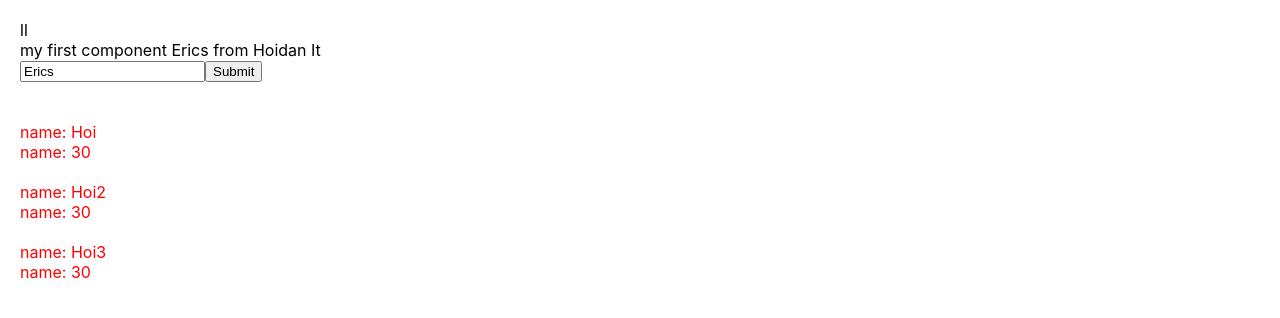
Repository: tvvn12/React-demo
Page: /
These files come from the project's save history. The page is drawn as it stood at one moment and after the next save; the edit follows.
The browser window is 1280 px wide. The pictures show the whole page.
The project was rebuilt for these pictures with package versions that can differ from the ones it lists, and the page was loaded fresh each time.

Above is the page before, as saved 2024-03-05 14:37:28.

### src/index.js
import React from "react";
import ReactDOM from "react-dom/client";
import App from "./App";
import reportWebVitals from "./reportWebVitals";
import { Provider } from "react-redux";
import store from "./redux/store";

const root = ReactDOM.createRoot(document.getElementById("root"));
root.render(
  <Provider store={store}>
    <App />
  </Provider>
);

// If you want to start measuring performance in your app, pass a function
// to log results (for example: reportWebVitals(console.log))
// or send to an analytics endpoint. Learn more: https://bit.ly/CRA-vitals
reportWebVitals();

### src/App.js
import React from "react";
import MyComponent from "./components/MyComponent";
import "./App.css";
class App extends React.Component {
  render() {
    return (
      <div className="App">
        ll
        <MyComponent></MyComponent>
      </div>
    );
  }
}
// const App = () => {
//   //   return (
//   //     <div className="App">
//   //       ll
//   //       <MyComponent></MyComponent>
//   //     </div>
//   //   );
//   // };
// };
// const App = () => {
//   return (
//     <div className="App">
//       ll
//       <MyComponent></MyComponent>
//     </div>
//   );
// };

export default App;

### src/components/MyComponent.js
import React from "react";
import UserInfo from "./UserInfor";
import DisplayInfo from "./DisplayInfo";

class MyComponent extends React.Component {
  state = {
    listUsers: [
      {
        id: 1,
        name: "Hoi",
        age: "30",
      },
      {
        id: 2,
        name: "Hoi2",
        age: "30",
      },
      {
        id: 3,
        name: "Hoi3",
        age: "30",
      },
    ],
  };
  render() {
    return (
      <div>
        <UserInfo />
        <br />
        <br />

        <DisplayInfo users={this.state.listUsers}></DisplayInfo>
      </div>
    );
  }
}

export default MyComponent;

### src/App.css
body {
  padding: 20px;
  margin: 0;
  font-family: -apple-system, BlinkMacSystemFont, "Segoe UI", "Roboto", "Oxygen",
    "Ubuntu", "Cantarell", "Fira Sans", "Droid Sans", "Helvetica Neue",
    sans-serif;
  -webkit-font-smoothing: antialiased;
  -moz-osx-font-smoothing: grayscale;
}

code {
  font-family: source-code-pro, Menlo, Monaco, Consolas, "Courier New",
    monospace;
}

/*  */
.red {
  color: red;
}
.green {
  color: green;
}
.App-logo {
  height: 40vmin;
  pointer-events: none;
}

@media (prefers-reduced-motion: no-preference) {
  .App-logo {
    animation: App-logo-spin infinite 20s linear;
  }
}

.App-header {
  background-color: #282c34;
  min-height: 100vh;
  display: flex;
  flex-direction: column;
  align-items: center;
  justify-content: center;
  font-size: calc(10px + 2vmin);
  color: white;
}

.App-link {
  color: #61dafb;
}

@keyframes App-logo-spin {
  from {
    transform: rotate(0deg);
  }
  to {
    transform: rotate(360deg);
  }
}

### src/components/UserInfor.js
import React from "react";

class UserInfo extends React.Component {
  state = {
    name: "Erics",
    address: "Hoidan It",
    age: 26,
  };
  // handleClick(event) {
  //   console.log(event);
  // }
  // handleMouse(event) {
  //   console.log(event.pageX);
  // }
  handleOnchange(event) {
    console.log(event, event.target.value);
    this.setState({
      name: event.target.value,
    });
  }
  handleOnSubmit(e) {
    e.preventDefault();
    // console.log(e);
    console.log(this.state);
  }
  render() {
    return (
      <div className="">
        my first component {this.state.name} from {this.state.address}
        {/* <button onMouseOver={this.handleMouse} onClick={this.handleClick}>
          Click me
        </button> */}
        <form action="" onSubmit={(e) => this.handleOnSubmit(e)}>
          <input
            value={this.state.name}
            onChange={(event) => this.handleOnchange(event)}
            type="text"
            name=""
            id=""
          />
          <button>Submit</button>
        </form>
      </div>
    );
  }
}
export default UserInfo;

### src/components/DisplayInfo.js
import React from "react";

class DisplayInfo extends React.Component {
  state = {};
  render() {
    const { users } = this.props;

    console.log(this.props);
    return (
      <div>
        {users.map((item, index) => {
          return (
            <div key={item.id} className={+item.age > 18 ? "red" : "green"}>
              <div className="">name: {item.name}</div>
              <div className="">name: {item.age}</div>
              <br />
            </div>
          );
        })}
      </div>
    );
  }
}

export default DisplayInfo;

Loaded but not shown: public/index.html (common file); src/reportWebVitals.js (common file); src/redux/store.js (common file); src/redux/reducer/rootReducer.js (common file); src/redux/reducer/counterReducer.js (common file); src/redux/action/counterAction.js (common file)

After the next save:
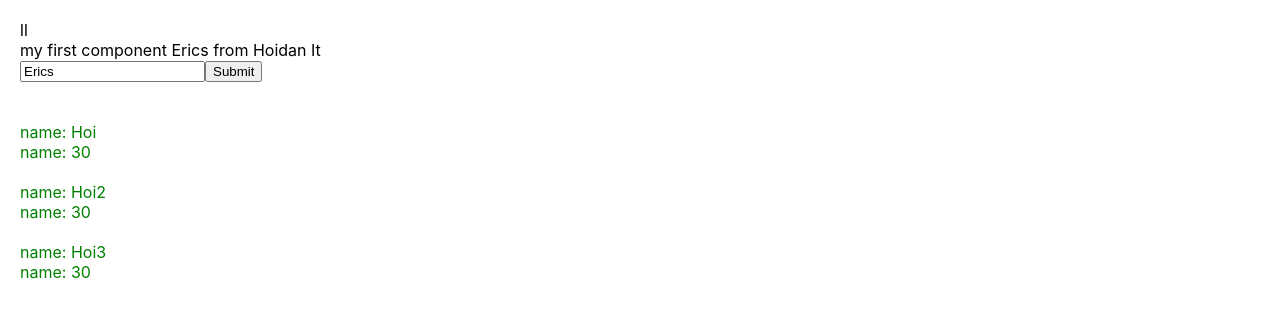
Saved 7 s later.
--- a/src/components/DisplayInfo.js
+++ b/src/components/DisplayInfo.js
@@ -10,7 +10,7 @@ class DisplayInfo extends React.Component {
       <div>
         {users.map((item, index) => {
           return (
-            <div key={item.id} className={+item.age > 18 ? "red" : "green"}>
+            <div key={item.id} className={+item.age > 30 ? "red" : "green"}>
               <div className="">name: {item.name}</div>
               <div className="">name: {item.age}</div>
               <br />
